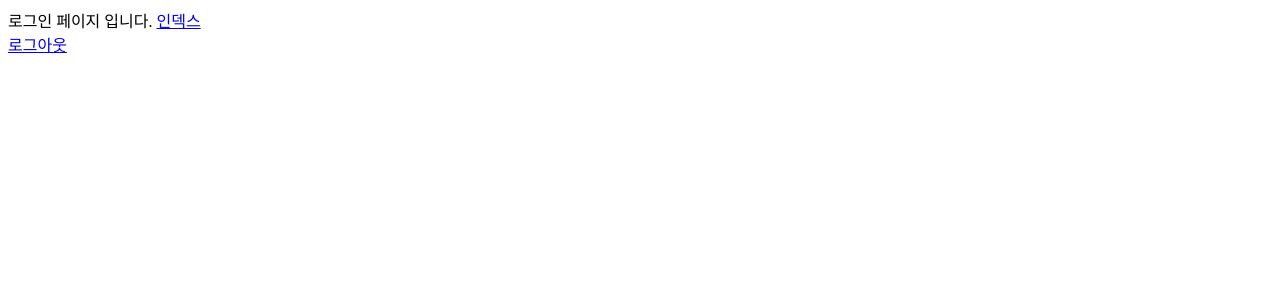
Repository: kokorobo/springex
Page: http://localhost/dir/login
These files come from the project's save history. The page is drawn as it stood at one moment and after the next save; the edit follows.
The browser window is 1280 px wide. The pictures show the whole page.
The page is served by Tomcat 9.

Above is the page before, as saved 2020-11-18 06:00:55.

After the next save:
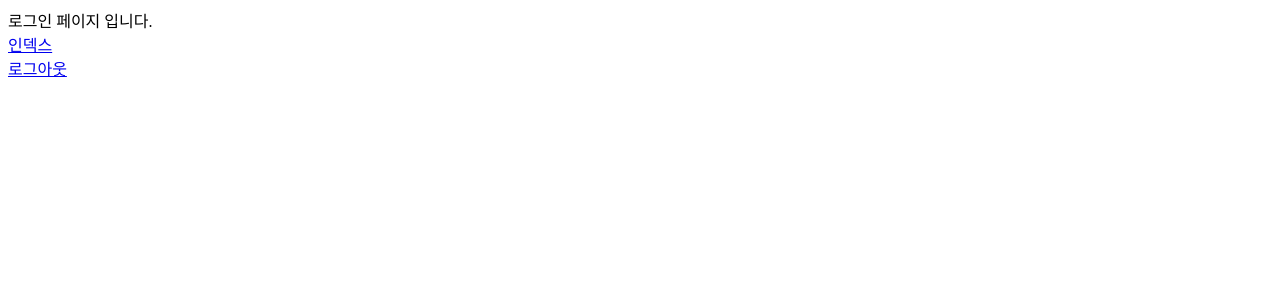
Saved 4 min 33 s later.
--- a/dir/src/main/webapp/WEB-INF/views/member/login.jsp
+++ b/dir/src/main/webapp/WEB-INF/views/member/login.jsp
@@ -7,7 +7,7 @@
 <title>Insert title here</title>
 </head>
 <body>
-	${login }
+	${login }<br>
 	<a href="index">인덱스</a><br><a href="logout">로그아웃</a>
 </body>
 </html>
